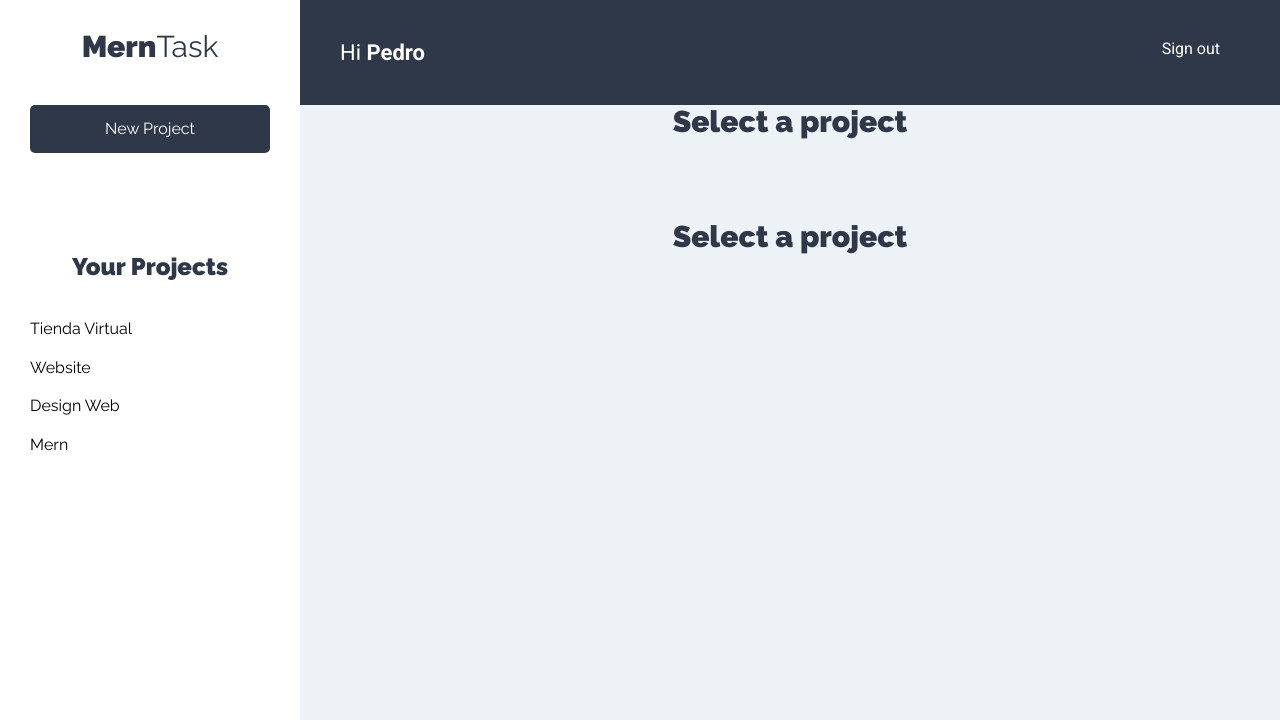
Repository: ppfeliuu/MERN-Task-Client
Page: /projects
The author's editor kept a copy of each file at every save. The page is drawn from the files as they stood at one save, then again after the next save.
The browser window is 1280 px wide. The pictures show the whole page.
The project was rebuilt for these pictures with package versions that can differ from the ones it lists, and the page was loaded fresh each time. Also part of the build but not shown: src/components/auth/Login.js, src/components/auth/NewAccount.js, src/components/task/Task.js. Imported but missing from the stored project, and not drawn on this page: src/types.

Above is the page before, as saved 2020-02-20 20:35:12.

### src/App.js
import React from "react";
import { BrowserRouter as Router, Switch, Route } from "react-router-dom";
import Login from "./components/auth/Login";
import NewAccount from "./components/auth/NewAccount";
import Projects from "./components/projects/Projects";

import ProjectState from "./context/projects/projectState";

function App() {
  return (
    <ProjectState>
      <Router>
        <Switch>
          <Route exact path="/" component={Login} />
          <Route exact path="/new-account" component={NewAccount} />
          <Route exact path="/projects" component={Projects} />
        </Switch>
      </Router>
    </ProjectState>
  );
}

export default App;

### src/components/projects/Projects.js
import React from "react";
import Sidebar from "../layout/Sidebar";
import Bar from "../layout/Bar";
import FormTask from "../task/FormTask";
import ListTasks from "../task/ListTasks";

const Projects = () => {
  return (
    <div className="contenedor-app">
      <Sidebar />

      <div className="seccion-principal">
        <Bar />
        <main>
          <FormTask />
          <div className="contenedor-tareas">
            <ListTasks />
          </div>
        </main>
      </div>
    </div>
  );
};

export default Projects;

### src/context/projects/projectState.js
import React, { useReducer } from "react";
import uuid from "uuid";
import projectContext from "./projectContext";
import projectReducer from "./projectReducer";
import {
  FORM_PROJECT,
  GET_PROJECTS,
  ADD_PROJECT,
  VALIDATE_FORM,
  CURRENT_PROJECT
} from "../../types";

const ProjectState = props => {
  const projects = [
    { id: 1, name: "Tienda Virtual" },
    { id: 2, name: "Website" },
    { id: 3, name: "Design Web" },
    { id: 4, name: "Mern" }
  ];

  const initialState = {
    form: false,
    projects: [],
    errorform: false,
    currentproject: null
  };

  //Dispatch for actions
  const [state, dispatch] = useReducer(projectReducer, initialState);

  //Functions for crud project
  const showForm = () => {
    dispatch({
      type: FORM_PROJECT
    });
  };

  //Get projects
  const getProjects = () => {
    dispatch({
      type: GET_PROJECTS,
      payload: projects
    });
  };

  //add new project
  const addProject = project => {
    project.id = uuid.v4();

    // console.log(project)
    //Add project into state using dispatch
    dispatch({
      type: ADD_PROJECT,
      payload: project
    });
  };

  //Validate Form New Project
  const showError = () => {
    dispatch({ type: VALIDATE_FORM });
  };

  //Select to set project selected
  const projectSelected = currentprojectId => {
    dispatch({
      type: CURRENT_PROJECT,
      payload: currentprojectId
    })
  }

  return (
    <projectContext.Provider
      value={{
        form: state.form,
        projects: state.projects,
        errorform: state.errorform,
        currentproject: state.currentproject,
        showForm,
        getProjects,
        addProject,
        showError,
        projectSelected
      }}
    >
      {props.children}
    </projectContext.Provider>
  );
};

export default ProjectState;

### src/components/layout/Sidebar.js
import React from 'react';
import NewProject from '../projects/NewProject';
import ListProjects from '../projects/ListProjects';

const Sidebar = () => {
    return (
        <aside>
            <h1>Mern<span>Task</span></h1>
            <NewProject />

            <div className="proyectos">
                <h2>Your Projects</h2>

                <ListProjects />
            </div>
        </aside>
    )
}

export default Sidebar

### src/components/layout/Bar.js
import React from 'react'

const Bar = () => {
    return (
        <div>
          <header className="app-header">
              <p className="nombre-usuario">Hi <span>Pedro</span></p>

              <nav className="nav-principal">
                  <a href="#!">Sign out</a>
              </nav>
              </header>
        </div>
    )
}

export default Bar

### src/components/task/FormTask.js
import React, { useContext } from "react";
import projectContext from "../../context/projects/projectContext";

const FormTask = () => {
  const projectsContext = useContext(projectContext);
  const { currentproject } = projectsContext;

  //No project selected
  if(!currentproject) return <h1>Select a project</h1>

  //Array destructuring for project name
  const [curProject] = currentproject;


  return (
    <div className="formulario">
      <form>
        <div className="contenedor-input">
          <input
            type="text"
            className="input-text"
            placeholder="Task name..."
            name="nameTask"
          />
        </div>

        <div className="contenedor-input">
          <input
            type="submit"
            className="btn btn-primario btn-submit btn-block"
            value="Add Task"
          />
        </div>
      </form>
    </div>
  );
};

export default FormTask;

### src/components/task/ListTasks.js
import React, { useContext } from "react";
import Task from "./Task";
import projectContext from "../../context/projects/projectContext";

const ListTasks = () => {
  const projectsContext = useContext(projectContext);
  const { currentproject } = projectsContext;

  //No project selected
  if(!currentproject) return <h1>Select a project</h1>

  //Array destructuring for project name
  const [curProject] = currentproject;

  const task = [
    {
      name: "Elegir Plataforma",
      estado: true
    },
    {
      name: "Elegir Colores",
      estado: false
    },
    {
      name: "Elegir forma de pago",
      estado: false
    },
    {
      name: "Elegir Hosting",
      estado: true
    }
  ];

  return (
    <>
      <h2>Project: {curProject.name}</h2>

      <ul className="listado-tareas">
        {task.length === 0 ? (
          <li className="tarea">
            <p>No Tasks</p>
          </li>
        ) : (
          task.map(t => <Task task={t} />)
        )}
      </ul>
      <button type="button" className="btn btn-eliminar">
        Delete Project &times;
      </button>
    </>
  );
};

export default ListTasks;

### src/context/projects/projectContext.js
import { createContext } from 'react';

const projectContext = createContext();

export default projectContext;

### src/context/projects/projectReducer.js
import {
  FORM_PROJECT,
  GET_PROJECTS,
  ADD_PROJECT,
  VALIDATE_FORM,
  CURRENT_PROJECT
} from "../../types";

export default (state, action) => {
  switch (action.type) {
    case FORM_PROJECT:
      return {
        ...state,
        form: true
      };
    case GET_PROJECTS:
      return {
        ...state,
        projects: action.payload
      };
    case ADD_PROJECT:
      return {
        ...state,
        projects: [...state.projects, action.payload],
        form: false,
        errorform: false
      };
    case VALIDATE_FORM:
      return {
        ...state,
        errorform: true
      };
    case CURRENT_PROJECT:
      return {
        ...state,
        currentproject: state.projects.filter(p => p.id === action.payload)
      };
    default:
      return state;
  }
};

### src/components/projects/NewProject.js
import React, { Fragment, useState, useContext } from "react";
import projectContext from "../../context/projects/projectContext";

const NewProject = () => {
  //Get State from Form
  const projectsContext = useContext(projectContext);
  const { form, errorform, showForm, addProject, showError } = projectsContext;

  // State for project
  const [project, setProject] = useState({
    name: ""
  });

  const { name } = project;

  const onChangeProject = e => {
    setProject({
      ...project,
      [e.target.name]: e.target.value
    });
  };

  const onSubmitProject = e => {
    e.preventDefault();

    //valid project
    if (name === "") {
      showError();
      return;
    }

    // add state
    addProject(project);

    //reset form
    setProject({
      name: ""
    });
  };

  const onClickShowForm = () => {
    showForm();
  };

  return (
    <Fragment>
      <button
        type="button"
        className="btn btn-block btn-primario"
        onClick={onClickShowForm}
      >
        New Project
      </button>

      {form ? (
        <form className="formulario-nuevo-proyecto" onSubmit={onSubmitProject}>
          <input
            type="text"
            className="input-text"
            placeholder="Project Name"
            name="name"
            value={name}
            onChange={onChangeProject}
          />
          <input
            type="submit"
            className="btn btn-block btn-primario"
            value="Add Project"
          />
        </form>
      ) : null}
      {errorform ? (
        <p className="mensaje error">Project name is mandatory</p>
      ) : null}
    </Fragment>
  );
};

export default NewProject;

### src/components/projects/ListProjects.js
import React, { useContext, useEffect } from "react";
import Project from "./Project";
import projectContext from "../../context/projects/projectContext";

const ListProjects = () => {

  //Get projects from State
  const projectsContext = useContext(projectContext);
  const { projects, getProjects } = projectsContext;

  useEffect(() => {
    getProjects();
  }, [])

  //if project have items
  if(projects.length === 0) return null;



  return (
    <ul className="listado-proyectos">
      {projects.map(project => (
        <Project key={project.id} project={project} />
      ))}
    </ul>
  );
};

export default ListProjects;

### src/components/projects/Project.js
import React, { useContext } from "react";
import projectContext from "../../context/projects/projectContext";

const Project = ({ project }) => {
  const projectsContext = useContext(projectContext);
  const { projectSelected } = projectsContext;

  return (
    <li>
      <button type="button" className="btn btn-blank" onClick={() => projectSelected(project.id)}>
        {project.name}
      </button>
    </li>
  );
};

export default Project;

Loaded but not shown: public/index.html (common file); src/index.js (common file); src/index.css (common file); src/serviceWorker.js (common file)

After the next save:
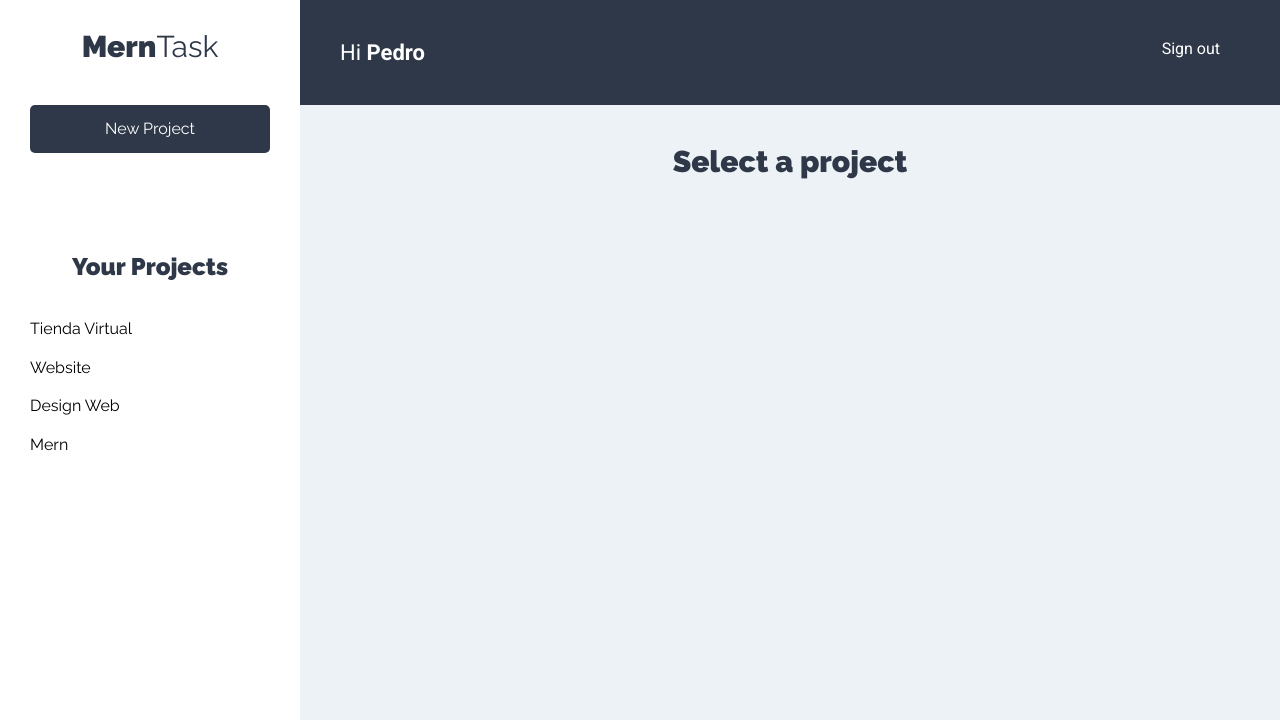
Saved 36 s later.
--- a/src/components/task/FormTask.js
+++ b/src/components/task/FormTask.js
@@ -6,7 +6,7 @@ const FormTask = () => {
   const { currentproject } = projectsContext;
 
   //No project selected
-  if(!currentproject) return <h1>Select a project</h1>
+  if(!currentproject) return null;
 
   //Array destructuring for project name
   const [curProject] = currentproject;
